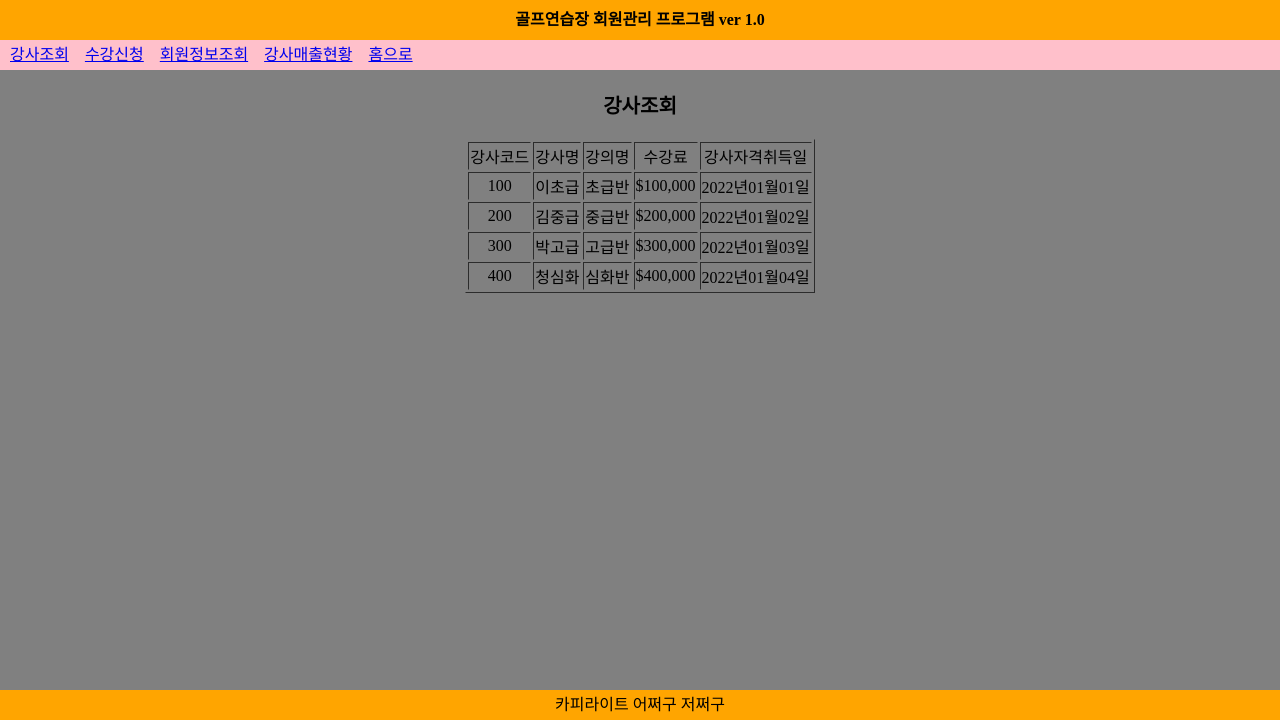
Repository: wjdwlgns1101/school_hrd
Page: http://localhost/hrd_30111_1_/t_list.jsp
The author's editor kept a copy of each file at every save. The page is drawn from the files as they stood at one save, then again after the next save.
The browser window is 1280 px wide. The pictures show the whole page.
The page is served by Tomcat 9. The database holds what the project's SQL file puts in it.

Above is the page before, as saved 2024-05-06 15:02:56.

After the next save:
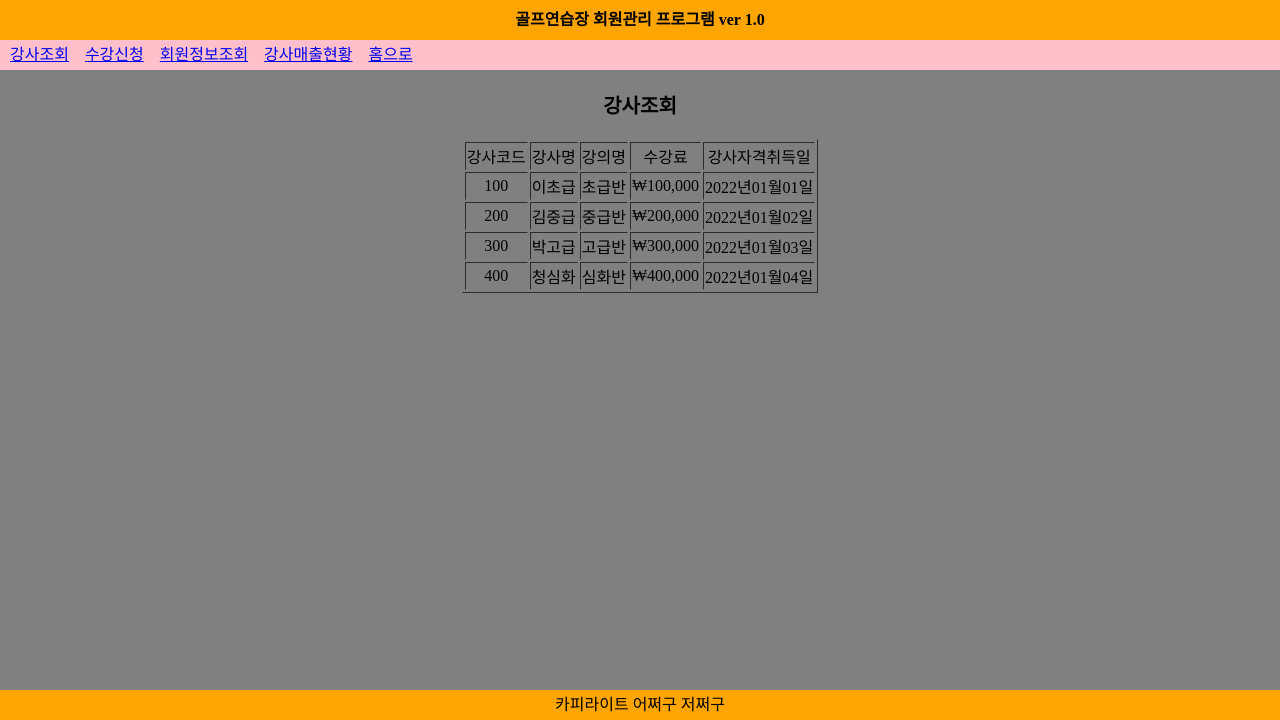
Saved 34 s later.
--- a/hrd_30111_(1)/hrd_30111(1)/src/main/webapp/t_list.jsp
+++ b/hrd_30111_(1)/hrd_30111(1)/src/main/webapp/t_list.jsp
@@ -34,7 +34,7 @@
 		 String c_price = rs.getString("class_price");
 		 String t_date = rs.getString("teach_resist_date");
 
-		 String price ="$" + c_price.substring(0,3) + "," + c_price.substring(3,6);
+		 String price ="₩" + c_price.substring(0,3) + "," + c_price.substring(3,6);
 		 String class_data = t_date.substring(0,4)+"년"+t_date.substring(4,6)+"월"+t_date.substring(6,8)+"일";
 
 %>
